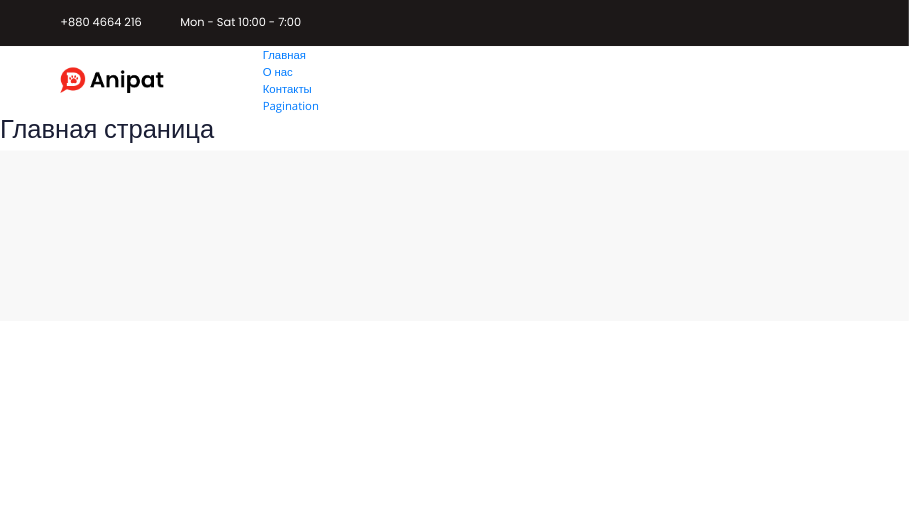
Repository: ssezmar/php...
Page: http://localhost/lab2/index.php
These files come from the project's save history. The page is drawn as it stood at one moment and after the next save; the edit follows.
The browser window is 1280 px wide. The pictures show the whole page, at 71% of full size.
The page is run by PHP 8.4 with error messages shown; the project is at /var/www/html/. Other server files are loaded and not shown.

Above is the page before, as saved 2025-09-17 12:30:03.

### public_html/lab2/index.php
<?php include "header.php"; ?>
<!-- Контент главной страницы -->
<div class="slider_area">
    <h1>Главная страница</h1>
</div>
<?php include "footer.php"; ?>

### public_html/lab2/header.php
<!doctype html>
<html lang="zxx">
<head>
    <meta charset="utf-8">
    <meta http-equiv="x-ua-compatible" content="ie=edge">
    <title>Animal</title>
    <meta name="viewport" content="width=device-width, initial-scale=1">
    <link rel="stylesheet" href="css/bootstrap.min.css">
    <link rel="stylesheet" href="css/style.css">
</head>
<body>

<header>
<div class="header-area">
<!--Start Top menu-->
<?php
// подключаем topmenu только на index.php и contact.php
$current = basename($_SERVER['SCRIPT_NAME']);
if ($current == 'index.php' || $current == 'contact.php') {
    include "topmenu.php";
}
?>
<!--End Top menu-->

<div id="sticky-header" class="main-header-area">
    <div class="container">
        <div class="row align-items-center">
            <div class="col-xl-3 col-lg-3">
                <div class="logo">
                    <a href="index.php">
                        <img src="img/logo.png" alt="">
                    </a>
                </div>
            </div>
            <div class="col-xl-9 col-lg-9">
                <?php include "menu.php"; ?>
            </div>
        </div>
    </div>
</div>
</div>
</header>

### public_html/lab2/topmenu.php
<div class="header-top_area">
    <div class="container">
        <div class="row">
            <div class="col-lg-6 col-md-8">
                <div class="short_contact_list">
                    <ul>
                        <li><a href="#">+880 4664 216</a></li>
                        <li><a href="#">Mon - Sat 10:00 - 7:00</a></li>
                    </ul>
                </div>
            </div>
            <div class="col-lg-6 col-md-4 ">
                <div class="social_media_links">
                    <a href="#"><i class="fa fa-facebook"></i></a>
                    <a href="#"><i class="fa fa-pinterest-p"></i></a>
                    <a href="#"><i class="fa fa-google-plus"></i></a>
                    <a href="#"><i class="fa fa-linkedin"></i></a>
                </div>
            </div>
        </div>
    </div>
</div>

### public_html/lab2/menu.php
<?php
$menu = array(
    array("link"=>"Главная", "href"=>"index.php"),
    array("link"=>"О нас", "href"=>"about.php"),
    array("link"=>"Контакты", "href"=>"contact.php"),
    array("link"=>"Pagination", "href"=>"pagination.php")
);
echo '<nav><ul id="navigation">';
foreach ($menu as $item) {
    echo "<li><a href='{$item['href']}'>{$item['link']}</a></li>";
}
echo '</ul></nav>';
?>

### public_html/lab2/footer.php
<footer class="footer">
  <div class="footer_top">
    <div class="container">
      <div class="row">
        <!-- ваш код футера -->
      </div>
    </div>
  </div>
</footer>
</body>
</html>

### public_html/lab2/includes/header.php
<!doctype html>
<html class="no-js" lang="zxx">

<head>
    <meta charset="utf-8">
    <meta http-equiv="x-ua-compatible" content="ie=edge">
    <title><?= $pageTitle ?? 'Animal'; ?></title>
    <meta name="description" content="">
    <meta name="viewport" content="width=device-width, initial-scale=1">
    <link rel="shortcut icon" type="image/x-icon" href="img/favicon.png">
    <link rel="stylesheet" href="css/bootstrap.min.css">
    <link rel="stylesheet" href="css/owl.carousel.min.css">
    <link rel="stylesheet" href="css/magnific-popup.css">
    <link rel="stylesheet" href="css/font-awesome.min.css">
    <link rel="stylesheet" href="css/themify-icons.css">
    <link rel="stylesheet" href="css/nice-select.css">
    <link rel="stylesheet" href="css/flaticon.css">
    <link rel="stylesheet" href="css/gijgo.css">
    <link rel="stylesheet" href="css/animate.css">
    <link rel="stylesheet" href="css/slicknav.css">
    <link rel="stylesheet" href="css/style.css">
</head>

<body>
<header>
    <div class="header-area ">

### public_html/lab2/includes/topmenu.php
<div class="header-top_area">
    <div class="container">
        <div class="row">
            <div class="col-lg-6 col-md-8">
                <div class="short_contact_list">
                    <ul>
                        <li><a href="#">+880 4664 216</a></li>
                        <li><a href="#">Mon - Sat 10:00 - 7:00</a></li>
                    </ul>
                </div>
            </div>
            <div class="col-lg-6 col-md-4 ">
                <div class="social_media_links">
                    <a href="#"><i class="fa fa-facebook"></i></a>
                    <a href="#"><i class="fa fa-pinterest-p"></i></a>
                    <a href="#"><i class="fa fa-google-plus"></i></a>
                    <a href="#"><i class="fa fa-linkedin"></i></a>
                </div>
            </div>
        </div>
    </div>
</div>

### public_html/lab2/includes/menu.php
<?php
$menu = [
    ["link" => "home", "href" => "index.php"],
    ["link" => "about", "href" => "about.php"],
    ["link" => "services", "href" => "services.php"],
    ["link" => "contact", "href" => "contact.php"],
    ["link" => "pagination", "href" => "pagination.php"] // доп. задание
];
?>
<div id="sticky-header" class="main-header-area">
    <div class="container">
        <div class="row align-items-center">
            <div class="col-xl-3 col-lg-3">
                <div class="logo">
                    <a href="index.php">
                        <img src="img/logo.png" alt="">
                    </a>
                </div>
            </div>
            <div class="col-xl-9 col-lg-9">
                <div class="main-menu  d-none d-lg-block">
                    <nav>
                        <ul id="navigation">
                            <?php foreach ($menu as $item): ?>
                                <li><a href="<?= $item['href'] ?>"><?= $item['link'] ?></a></li>
                            <?php endforeach; ?>
                        </ul>
                    </nav>
                </div>
            </div>
            <div class="col-12">
                <div class="mobile_menu d-block d-lg-none"></div>
            </div>
        </div>
    </div>
</div>
</div> <!-- .header-area -->
</header>

### public_html/lab2/includes/footer.php
<footer class="footer">
    <div class="footer_top">
        <div class="container">
            <div class="row">
                <!-- полный код footer из index.html -->
                <div class="col-xl-3 col-md-6 col-lg-3">
                    <div class="footer_widget">
                        <h3 class="footer_title">Contact Us</h3>
                        <ul class="address_line">
                            <li>+555 0000 565</li>
                            <li><a href="#">Demomail@gmail.Com</a></li>
                            <li>700, Green Lane, New York, USA</li>
                        </ul>
                    </div>
                </div>
                <!-- другие колонки footer -->
            </div>
        </div>
    </div>
</footer>

<script src="js/vendor/jquery-1.12.4.min.js"></script>
<script src="js/bootstrap.min.js"></script>
<script src="js/owl.carousel.min.js"></script>
<script src="js/main.js"></script>
</body>
</html>

Loaded but not shown: public_html/lab2/css/bootstrap.min.css (library); public_html/lab2/css/style.css (library); public_html/lab2/css/owl.carousel.min.css (common file); public_html/lab2/css/magnific-popup.css (library); public_html/lab2/css/font-awesome.min.css (library); public_html/lab2/css/themify-icons.css (common file); public_html/lab2/css/nice-select.css (common file); public_html/lab2/css/flaticon.css (common file); public_html/lab2/css/animate.css (library); public_html/lab2/css/slicknav.css (common file); public_html/lab2/js/bootstrap.min.js (library); public_html/lab2/js/owl.carousel.min.js (library); public_html/lab2/js/main.js (368 lines, source omitted); public_html/lab2/css/gijgo.css (2704 lines, source omitted)

After the next save:
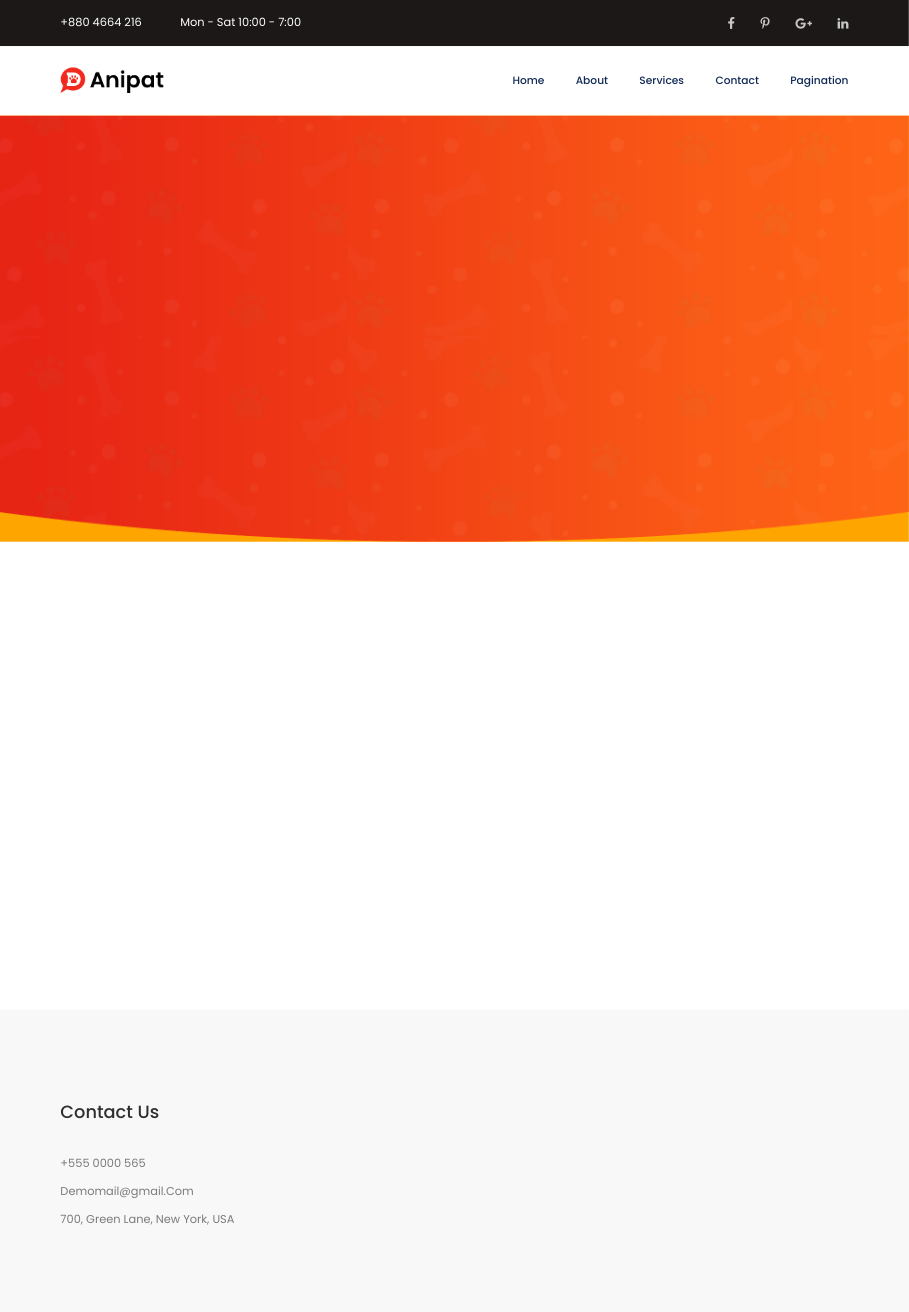
Console error: TypeError: $(...).find(...).ajaxChimp is not a function
Saved 16 s later.
--- a/public_html/lab2/index.php
+++ b/public_html/lab2/index.php
@@ -1,6 +1,32 @@
-<?php include "header.php"; ?>
-<!-- Контент главной страницы -->
+<?php
+$pageTitle = "Главная - Animal";
+include "includes/header.php";
+
+// Topmenu показываем только на index.php и contact.php
+if (basename($_SERVER['PHP_SELF']) === 'index.php' || basename($_SERVER['PHP_SELF']) === 'contact.php') {
+    include "includes/topmenu.php";
+}
+
+include "includes/menu.php";
+?>
+
+<!-- Уникальный контент index.html -->
 <div class="slider_area">
-    <h1>Главная страница</h1>
+    <div class="single_slider slider_bg_1 d-flex align-items-center" style="background-color: orange;">
+        <!-- ... остальной контент слайдера ... -->
+    </div>
 </div>
-<?php include "footer.php"; ?>
+
+<div class="service_area">
+    <!-- ... остальной уникальный контент страницы ... -->
+</div>
+
+<div class="pet_care_area">
+    <!-- ... -->
+</div>
+
+<div class="adapt_area">
+    <!-- ... -->
+</div>
+
+<?php include "includes/footer.php"; ?>
